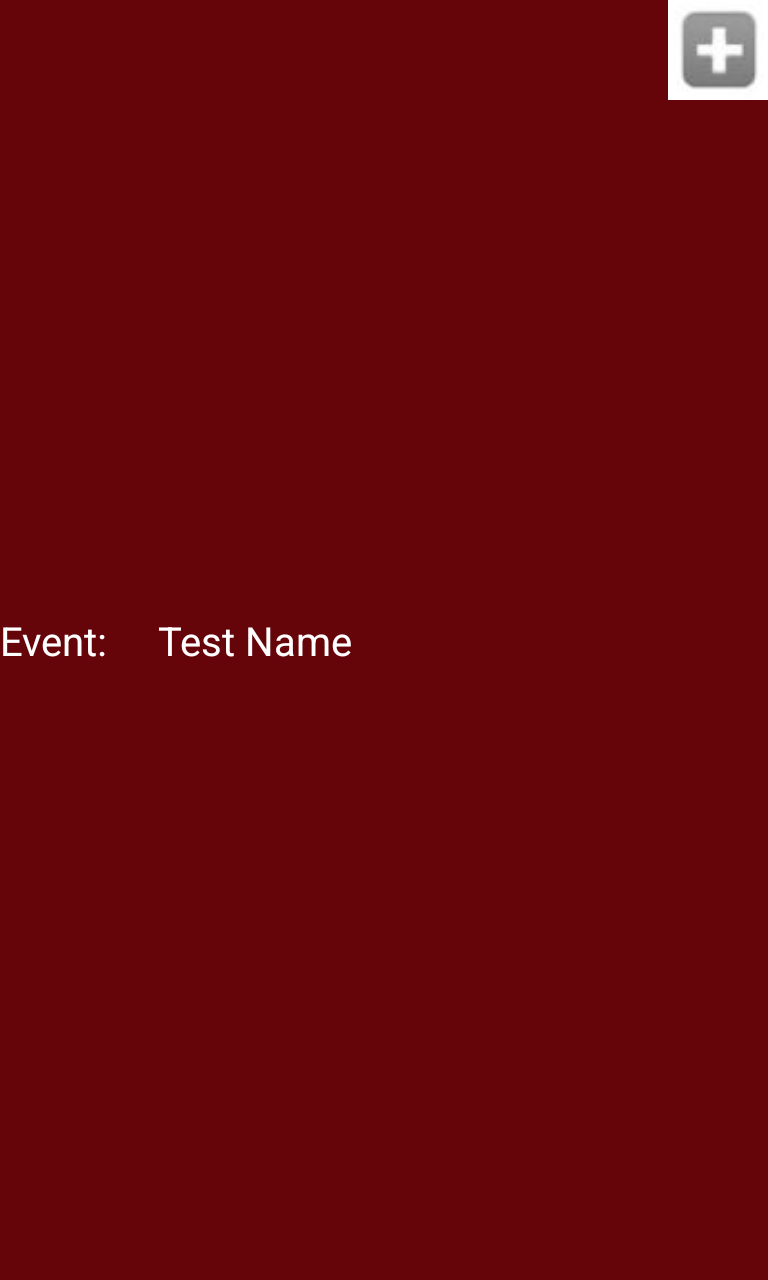
Repository: jannelg92/ANDROIDAPP
Layout: GEOINNOVATION/TAMUgis-dayEvents/res/layout/event_calendar_item.xml
The author's editor kept a copy of each file at every save. The layout is drawn from the files as they stood at one save, then again after the next save.
It is drawn on a 768 x 1280 px phone screen (xhdpi) without system bars, with theme AppTheme; the app's code is not run. The app's manifest (not shown) leaves right-to-left support off. So textAlignment, textDirection and layoutDirection are ignored, and left and right values win over start and end ones.

Above is the layout before, as saved 2014-04-23 02:41:30.

### GEOINNOVATION/TAMUgis-dayEvents/res/layout/event_calendar_item.xml
<?xml version="1.0" encoding="utf-8"?>
<RelativeLayout xmlns:android="http://schemas.android.com/apk/res/android"
    android:layout_width="match_parent"
    android:layout_height="50dp"
    android:id="@+id/eventCalendarListitem"
    android:layout_marginBottom="60dp"
    android:orientation="horizontal"
    android:background="@drawable/offmaroon_back" >

           <!-- icon -->

		   <TextView
		       android:id="@+id/event_label"
		       android:layout_width="wrap_content"
		       android:layout_height="wrap_content"
		       android:layout_centerVertical="true"
		       android:text="Event: "
		       android:textAlignment="center"
		       android:textColor="#ffffff"
		       android:textSize="@dimen/mid_text" />

		      <!-- icon -->

		   <TextView
		       android:id="@+id/event_name"
		       android:layout_width="wrap_content"
		       android:layout_height="wrap_content"
		       android:layout_toRightOf="@id/event_label"
		       android:layout_centerVertical="true"
		       android:drawablePadding="10dp"
		       android:text="    Test Name   "
		       android:textColor="#ffffff"
		       android:textSize="@dimen/mid_text" />

		 <TextView
		     android:id="@+id/event_date"
		     android:layout_width="wrap_content"
		     android:layout_height="wrap_content"
		     android:layout_toRightOf="@id/event_name"
		     android:layout_centerVertical="true"
		     android:textSize="@dimen/mid_text"
		     android:textColor="#ffffff" />

		 <!-- icon -->

		  <Button
		      android:id="@+id/event_more"
		      android:layout_width="50dp"
		      android:layout_height="50dp"
		      android:layout_alignParentRight="true"
		      android:layout_alignParentTop="true"
		      android:drawablePadding="10dp"
		      android:src="@drawable/plus_square"
		      android:background="@drawable/plus_square" />

</RelativeLayout>

### GEOINNOVATION/TAMUgis-dayEvents/res/values/dimens.xml
<resources>

   <dimen name="activity_horizontal_margin">16dp</dimen>
    <dimen name="activity_vertical_margin">16dp</dimen>

    <dimen name="big_text">28dip</dimen>
    <dimen name="mid_text">20dip</dimen>
    <dimen name="small_text">16dip</dimen>
    <dimen name="return_w">50dp</dimen>
    <dimen name="return_h">50dp</dimen>
    <dimen name="text_sizeW">70dp </dimen>
    <dimen name="text_sizeH">70dp</dimen>
    <dimen name="button_w">200dp </dimen>
    <dimen name="button_h">60dp </dimen>
    <!--
         Per the design guidelines, navigation drawers should be between 240dp and 320dp:
         https://developer.android.com/design/patterns/navigation-drawer.html
    -->
    <dimen name="navigation_drawer_width">277dp</dimen>

</resources>

Loaded but not shown: GEOINNOVATION/TAMUgis-dayEvents/res/values/styles.xml (common file); GEOINNOVATION/TAMUgis-dayEvents/res/values-v11/styles.xml (common file); GEOINNOVATION/TAMUgis-dayEvents/res/values-v14/styles.xml (common file)

After the next save:
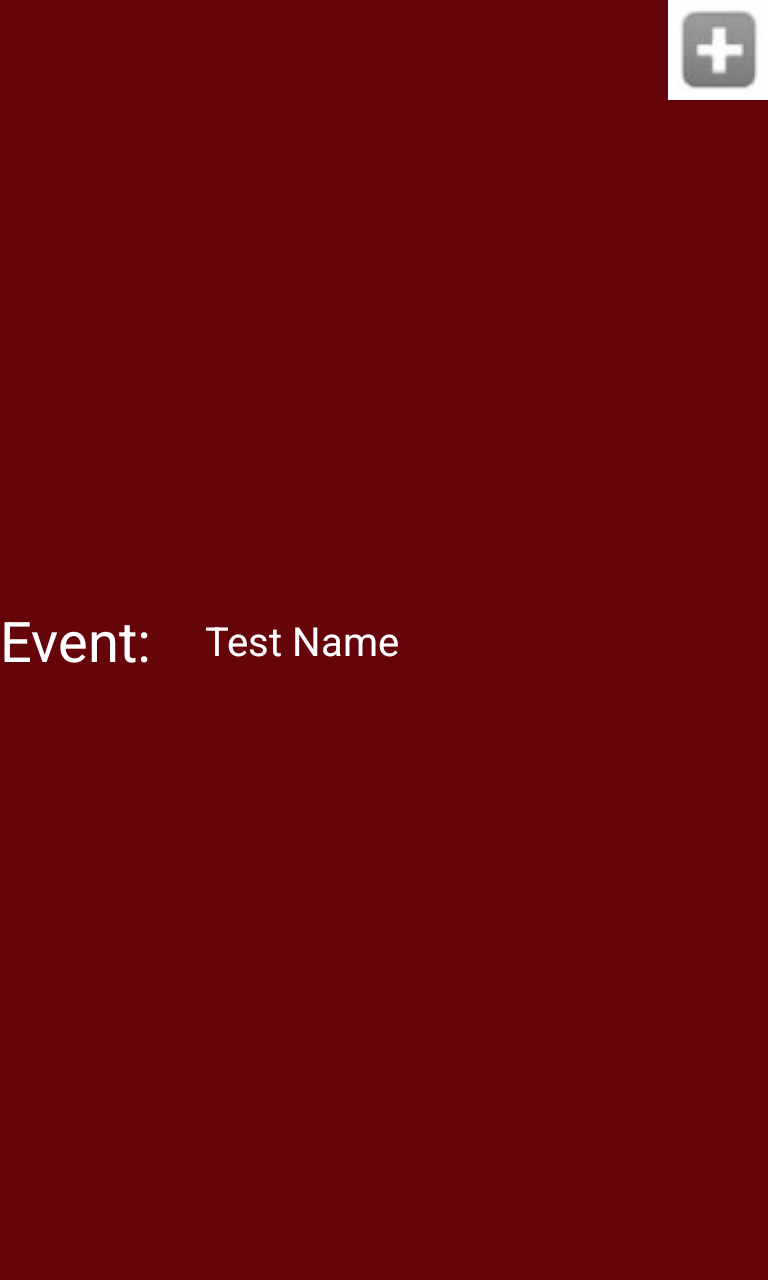
Saved 14 s later.
--- a/GEOINNOVATION/TAMUgis-dayEvents/res/layout/event_calendar_item.xml
+++ b/GEOINNOVATION/TAMUgis-dayEvents/res/layout/event_calendar_item.xml
@@ -17,7 +17,7 @@
 		       android:text="Event: "
 		       android:textAlignment="center"
 		       android:textColor="#ffffff"
-		       android:textSize="@dimen/mid_text" />
+		       android:textSize="@dimen/big_text" />
 
 		      <!-- icon -->
 
